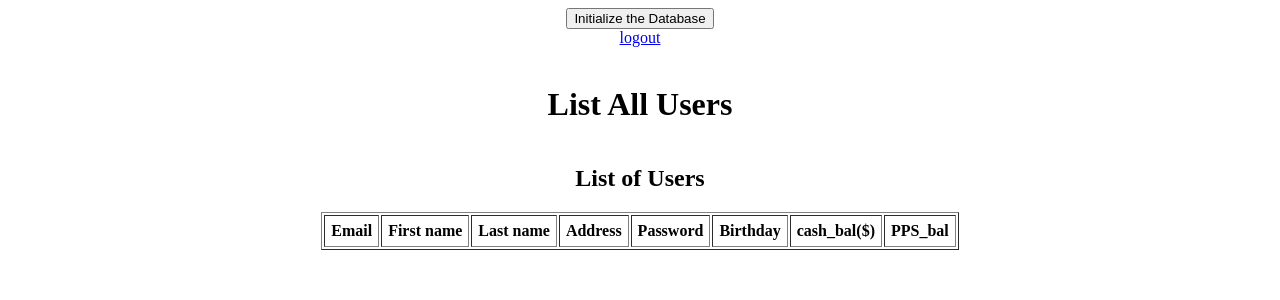
Repository: jrule5960/Tree-Cutting-Database
Page: http://localhost/database/rootView.jsp
An editor plug-in stored every save of this project. The page is shown before and after the next save, followed by the edit.
The browser window is 1280 px wide. The pictures show the whole page.
The page is served by Tomcat 9.

Above is the page before, as saved 2023-10-16 16:47:04.

After the next save:
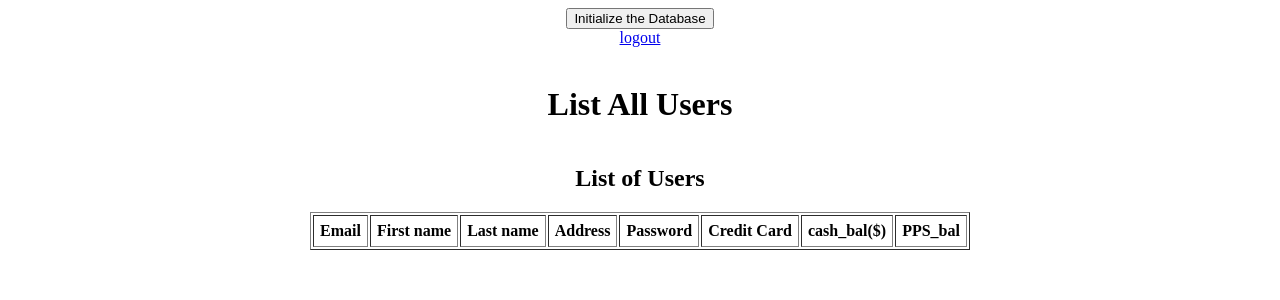
Saved 25 s later.
--- a/database/WebContent/rootView.jsp
+++ b/database/WebContent/rootView.jsp
@@ -27,7 +27,7 @@
                 <th>Last name</th>
                 <th>Address</th>
                 <th>Password</th>
-                <th>Birthday</th>
+                <th>Credit Card</th>
                 <th>cash_bal($)</th>
                 <th>PPS_bal</th>
             </tr>
@@ -38,7 +38,7 @@
                     <td><c:out value="${users.lastName}" /></td>
                     <td><c:out value= "${users.adress_street_num} ${users.adress_street} ${users.adress_city} ${users.adress_state} ${users.adress_zip_code}" /></td>
                     <td><c:out value="${users.password}" /></td>
-                    <td><c:out value="${users.birthday}" /></td>
+                    <td><c:out value="${users.credit}" /></td>
                     <td><c:out value="${users.cash_bal}"/></td>
                     <td><c:out value="${users.PPS_bal}" /></td>
             </c:forEach>

After the save that followed:
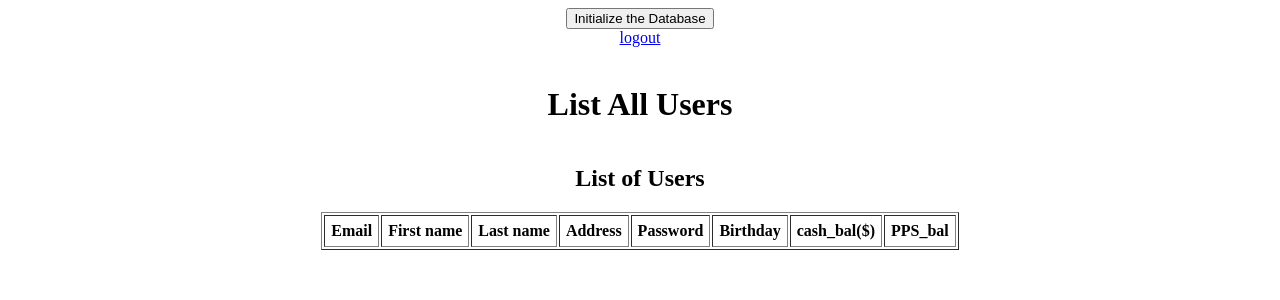
Saved 90 s later.
--- a/database/WebContent/rootView.jsp
+++ b/database/WebContent/rootView.jsp
@@ -27,7 +27,7 @@
                 <th>Last name</th>
                 <th>Address</th>
                 <th>Password</th>
-                <th>Credit Card</th>
+                <th>Birthday</th>
                 <th>cash_bal($)</th>
                 <th>PPS_bal</th>
             </tr>
@@ -38,7 +38,7 @@
                     <td><c:out value="${users.lastName}" /></td>
                     <td><c:out value= "${users.adress_street_num} ${users.adress_street} ${users.adress_city} ${users.adress_state} ${users.adress_zip_code}" /></td>
                     <td><c:out value="${users.password}" /></td>
-                    <td><c:out value="${users.credit}" /></td>
+                    <td><c:out value="${users.birthday}" /></td>
                     <td><c:out value="${users.cash_bal}"/></td>
                     <td><c:out value="${users.PPS_bal}" /></td>
             </c:forEach>
